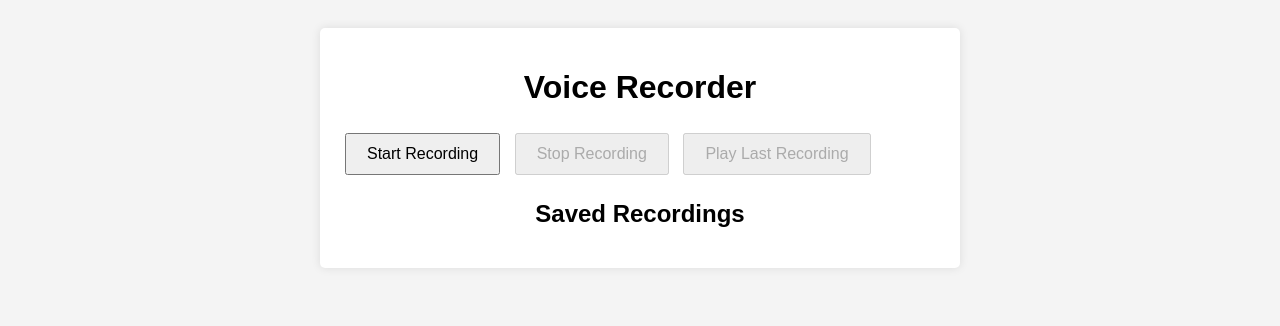
Repository: Tobby004/voice-and-text-translator
Page: index.html
These files come from the project's save history. The page is drawn as it stood at one moment and after the next save; the edit follows.
The browser window is 1280 px wide. The pictures show the whole page.

Above is the page before, as saved 2023-08-27 19:21:06.

### index.html
<!DOCTYPE html>
<html lang="en">
<head>
    <meta charset="UTF-8">
    <meta name="viewport" content="width=device-width, initial-scale=1.0">
    <title>Voice Recording App</title>
    <link rel="stylesheet" href="style.css">
</head>
<body>
    <div class="container">
        <h1>Voice Recorder</h1>
        <button id="startRecord">Start Recording</button>
        <button id="stopRecord" disabled>Stop Recording</button>
        <button id="playAudio" disabled>Play Last Recording</button>

        <h2>Saved Recordings</h2>
        <ul id="recordingsList"></ul>
    </div>

    <script src="app.js"></script>
</body>
</html>

### style.css
body {
    font-family: Arial, sans-serif;
    background-color: #f4f4f4;
    padding: 20px;
}

.container {
    max-width: 600px;
    margin: 0 auto;
    background-color: #fff;
    padding: 20px;
    border-radius: 5px;
    box-shadow: 0 0 10px rgba(0, 0, 0, 0.1);
}

button {
    margin: 5px;
    padding: 10px 20px;
    font-size: 16px;
    cursor: pointer;
}

h1, h2 {
    text-align: center;
}

### app.js
let mediaRecorder;
let recordedChunks = [];

document.getElementById('startRecord').onclick = function() {
    navigator.mediaDevices.getUserMedia({ audio: true })
        .then(stream => {
            mediaRecorder = new MediaRecorder(stream);
            mediaRecorder.ondataavailable = function(event) {
                if (event.data.size > 0) {
                    recordedChunks.push(event.data);
                }
            };

            mediaRecorder.onstop = function() {
                let blob = new Blob(recordedChunks, { type: 'audio/wav' });
                let url = URL.createObjectURL(blob);
                let li = document.createElement('li');
                let audio = new Audio(url);
                audio.controls = true;
                li.appendChild(audio);
                document.getElementById('recordingsList').appendChild(li);
                document.getElementById('playAudio').disabled = false;
                recordedChunks = [];
            };

            mediaRecorder.start();
            document.getElementById('startRecord').disabled = true;
            document.getElementById('stopRecord').disabled = false;
        });
};

document.getElementById('stopRecord').onclick = function() {
    mediaRecorder.stop();
    document.getElementById('startRecord').disabled = false;
    document.getElementById('stopRecord').disabled = true;
};

document.getElementById('playAudio').onclick = function() {
    let lastRecording = document.getElementById('recordingsList').lastChild.firstChild;
    lastRecording.play();
};

After the next save:
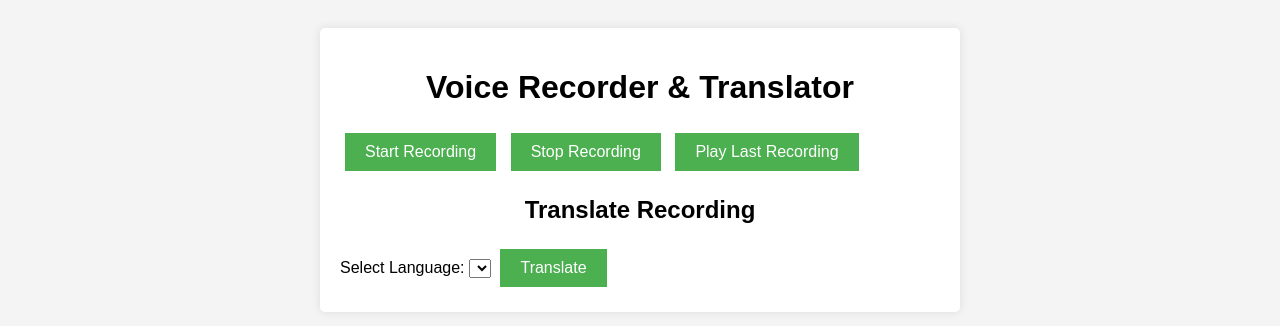
Not found: main.js
Saved 44 h 8 min later.
--- a/index.html
+++ b/index.html
@@ -8,15 +8,20 @@
 </head>
 <body>
     <div class="container">
-        <h1>Voice Recorder</h1>
+        <h1>Voice Recorder & Translator</h1>
         <button id="startRecord">Start Recording</button>
         <button id="stopRecord" disabled>Stop Recording</button>
         <button id="playAudio" disabled>Play Last Recording</button>
 
-        <h2>Saved Recordings</h2>
-        <ul id="recordingsList"></ul>
+        <h2>Translate Recording</h2>
+        <label for="languageSelect">Select Language:</label>
+        <select id="languageSelect">
+            <!-- Languages will be populated dynamically -->
+        </select>
+        <button id="translate">Translate</button>
+        <div id="translatedText"></div>
     </div>
 
-    <script src="app.js"></script>
+    <script src="main.js"></script>
 </body>
 </html>
--- a/style.css
+++ b/style.css
@@ -18,6 +18,13 @@ button {
     padding: 10px 20px;
     font-size: 16px;
     cursor: pointer;
+    background-color: #4CAF50;
+    border: none;
+    color: white;
+}
+
+button:hover {
+    background-color: #45a049;
 }
 
 h1, h2 {
--- a/app.js
+++ b/app.js
@@ -39,3 +39,67 @@ document.getElementById('playAudio').onclick = function() {
     let lastRecording = document.getElementById('recordingsList').lastChild.firstChild;
     lastRecording.play();
 };
+// ... Existing JavaScript for recording ...
+
+document.getElementById('translate').onclick = function() {
+    // Assuming the last recorded audio is what we want to translate
+    let lastRecordingBlob = document.getElementById('recordingsList').lastChild.firstChild.src; // This might need adjustments depending on how you store the blob
+    let targetLanguage = document.getElementById('languageSelect').value;
+
+    convertAudioToText(lastRecordingBlob)
+        .then(text => translateText(text, targetLanguage))
+        .then(translatedText => {
+            document.getElementById('translatedText').innerText = translatedText;
+        })
+        .catch(error => {
+            console.error("Error during translation:", error);
+        });
+};
+
+function convertAudioToText(audioBlob) {
+    let formData = new FormData();
+    formData.append('audio', audioBlob);
+
+    // Use your backend endpoint for Speech-to-Text conversion
+    return fetch('/api/convertAudioToText', {
+        method: 'POST',
+        body: formData
+    })
+    .then(response => response.json())
+    .then(data => data.text);
+}
+
+function translateText(text, targetLanguage) {
+    // Use your backend endpoint for translation
+    return fetch('/api/translateText', {
+        method: 'POST',
+        body: JSON.stringify({ text: text, targetLanguage: targetLanguage }),
+        headers: {
+            'Content-Type': 'application/json'
+        }
+    })
+    .then(response => response.json())
+    .then(data => data.translatedText);
+}
+
+// Fetch available languages dynamically from your backend
+fetchAvailableLanguages()
+    .then(languages => {
+        let select = document.getElementById('languageSelect');
+        languages.forEach(lang => {
+            let option = document.createElement('option');
+            option.value = lang.code;
+            option.innerText = lang.name;
+            select.appendChild(option);
+        });
+    })
+    .catch(error => {
+        console.error("Error fetching languages:", error);
+    });
+
+function fetchAvailableLanguages() {
+    // Use your backend endpoint for fetching available languages
+    return fetch('/api/availableLanguages')
+    .then(response => response.json())
+    .then(data => data.languages);
+}
